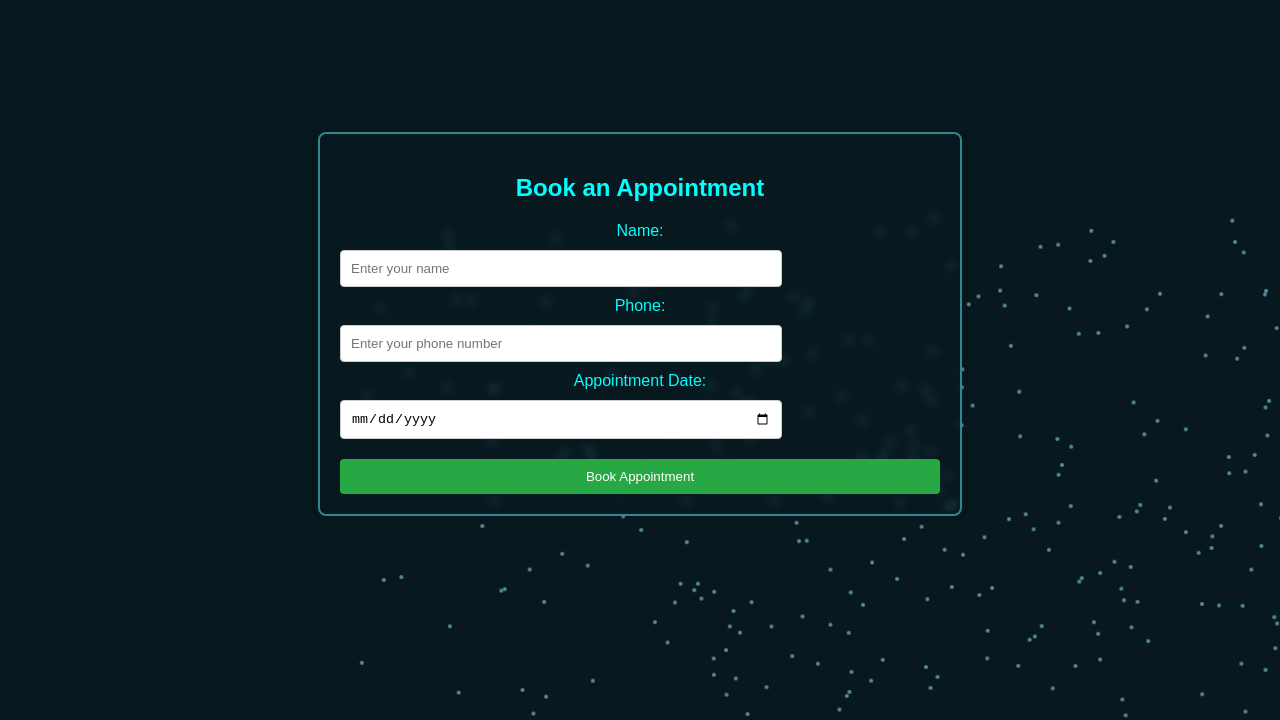
Repository: Anadi-Chauhan/Mentorship-binarybuddy
Page: appointment.html
These files come from the project's save history. The page is drawn as it stood at one moment and after the next save; the edit follows.
The browser window is 1280 px wide. The pictures show the whole page.

Above is the page before, as saved 2024-10-19 10:41:04.

### appointment.html
<!DOCTYPE html>
<html lang="en">
<head>
    <meta charset="UTF-8">
    <meta name="viewport" content="width=device-width, initial-scale=1.0">
    <title>Book an Appointment</title>
    <link rel="stylesheet" href="appointment.css">
    <link rel="stylesheet" href="stars.css">
</head>
<body>
    <div id="stars" ></div>
    <div class="container">
        <h2>Book an Appointment</h2>
        <form id="appointmentForm">
            <label for="name">Name:</label>
            <input type="text" id="name" placeholder="Enter your name" required>

            <label for="phone">Phone:</label>
            <input type="tel" id="phone" placeholder="Enter your phone number" required>

            <label for="date">Appointment Date:</label>
            <input type="date" id="date" required>

            <button type="button" onclick="bookAppointment()">Book Appointment</button>
        </form>
        <div id="confirmationMessage" style="display:none;">
            <h3>Appointment Confirmed!</h3>
            <p id="details"></p>
        </div>
    </div>

    <script src="appointment.js"></script>
    <script src="stars.js"></script>
</body>
</html>

### appointment.css
body {
    font-family: Arial, sans-serif;
    display: grid;
    justify-content: center;
    align-items: center;
    /* height: 100vh; */
    border: 2px solid color(srgb 0.0264 0.0958 0.1204);
    background-color: color(srgb 0.0264 0.0958 0.1204);
    margin: 0;
}

.container {
    -webkit-backdrop-filter: blur(5px);
    backdrop-filter: blur(5px);
    margin-top: 130px;
    padding: 20px;
    border-radius: 8px;
    box-shadow: 0 0 10px rgba(0, 0, 0, 0.1);
    border: 2px solid color(srgb 0.1966 0.5303 0.57);
    width: 600px;
    text-align: center;
}

h2{
    color: aqua;
}
label{
    color: aqua;
}

form {
    display: flex;
    flex-direction: column;
}

input {
    margin: 10px 0;
    padding: 10px;
    border: 1px solid #ccc;
    border-radius: 4px;
    width: 70%;
}

button {
    padding: 10px 20px;
    background-color: #28a745;
    color: white;
    border: none;
    border-radius: 4px;
    cursor: pointer;
    margin-top: 10px;
}

button:hover {
    background-color: #218838;
}

#confirmationMessage {
    margin-top: 20px;
}

### stars.css
#stars {
    position: sticky;
    top: 0;
    left: 0;
    width: 100%;
    height: 100%;
}

.star {
    position: fixed;
    background: rgb(86, 140, 155);
    width: 4px;
    height: 4px;
    border-radius: 50%;
    animation: moveStar linear infinite;
}
@keyframes moveStar {
    0% {
        transform: translate(0, 0);
    }
    100% {
        transform: translate(calc(100vw * 0.5), calc(100vh * 0.5));
    }
}

### appointment.js
function bookAppointment() {
    // Get values from the form
    const name = document.getElementById("name").value;
    const phone = document.getElementById("phone").value;
    const date = document.getElementById("date").value;

    // Simple validation
    if (name === "" || phone === "" || date === "") {
        alert("Please fill in all fields.");
        return;
    }

    // Hide the form
    document.getElementById("appointmentForm").style.display = "none";

    // Show confirmation message
    const confirmationMessage = document.getElementById("confirmationMessage");
    confirmationMessage.style.display = "block";

    // Display the details
    const details = `Thank you, ${name}! Your appointment is booked for ${date}. We will contact you at ${phone}.`;
    document.getElementById("details").textContent = details;
}

### stars.js
// Number of stars to create
const numStars = 600;
// Generate stars
for (let i = 0; i < numStars; i++) {
    const star = document.createElement('div');
    star.className = 'star';
    star.style.top = `${Math.random() * 100}%`;
    star.style.left = `${Math.random() * 100}%`;
    star.style.animationDuration = `${Math.random() * 5 + 5}s`; // Randomize animation duration
    star.style.animationDelay = `${Math.random() * 0}s`; // Randomize animation delay
    document.getElementById('stars').appendChild(star);
}

After the next save:
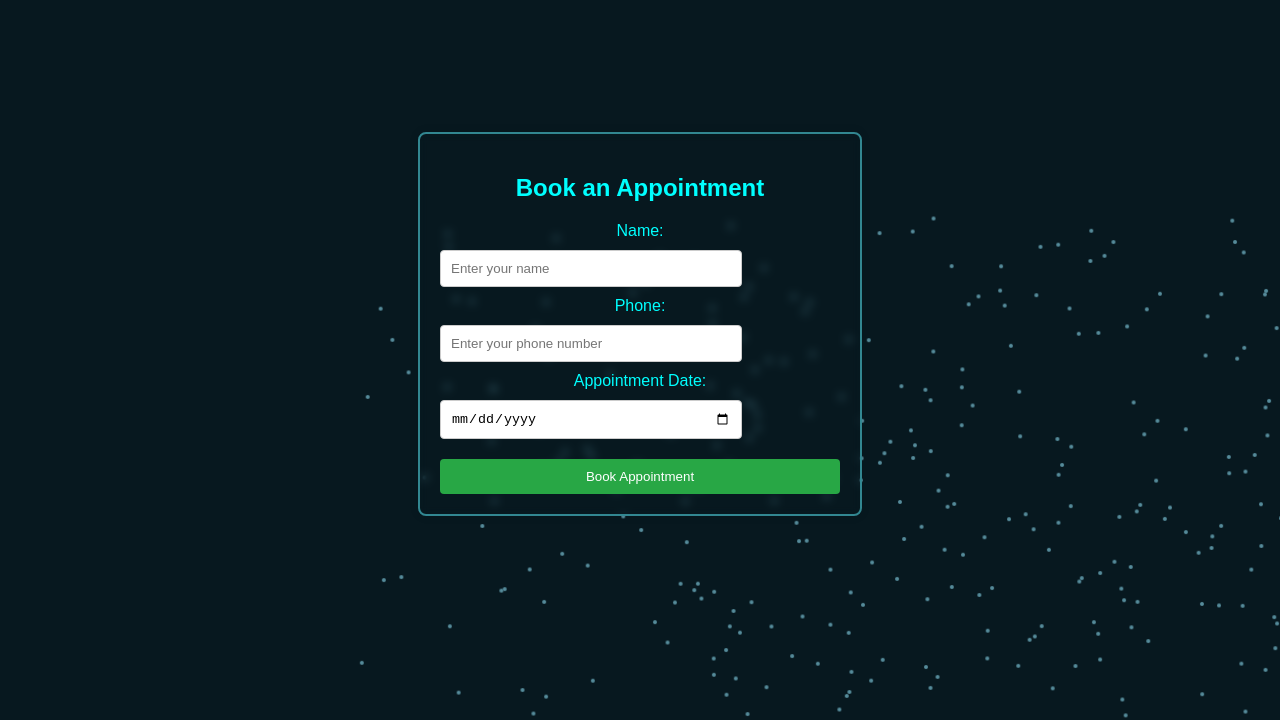
Saved 8 s later.
--- a/appointment.css
+++ b/appointment.css
@@ -17,7 +17,7 @@ body {
     border-radius: 8px;
     box-shadow: 0 0 10px rgba(0, 0, 0, 0.1);
     border: 2px solid color(srgb 0.1966 0.5303 0.57);
-    width: 600px;
+    width: 400px;
     text-align: center;
 }
 
